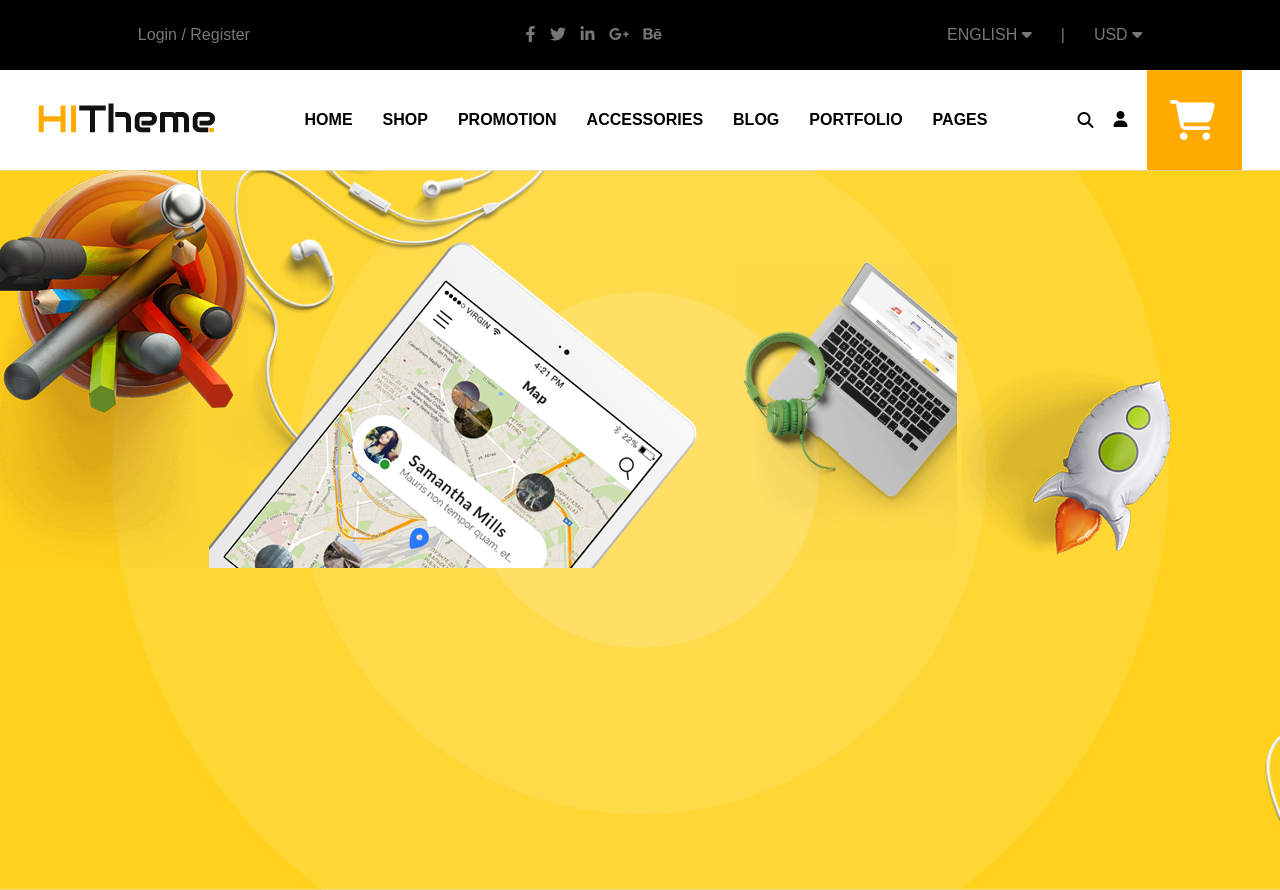
Repository: Thach1311/DU-AN-WEB-BAN-HANG-
Page: index1.html
The author's editor kept a copy of each file at every save. The page is drawn from the files as they stood at one save, then again after the next save.
The browser window is 1280 px wide. The pictures show the whole page.

Above is the page before, as saved 2023-02-23 17:36:41.

After the next save:
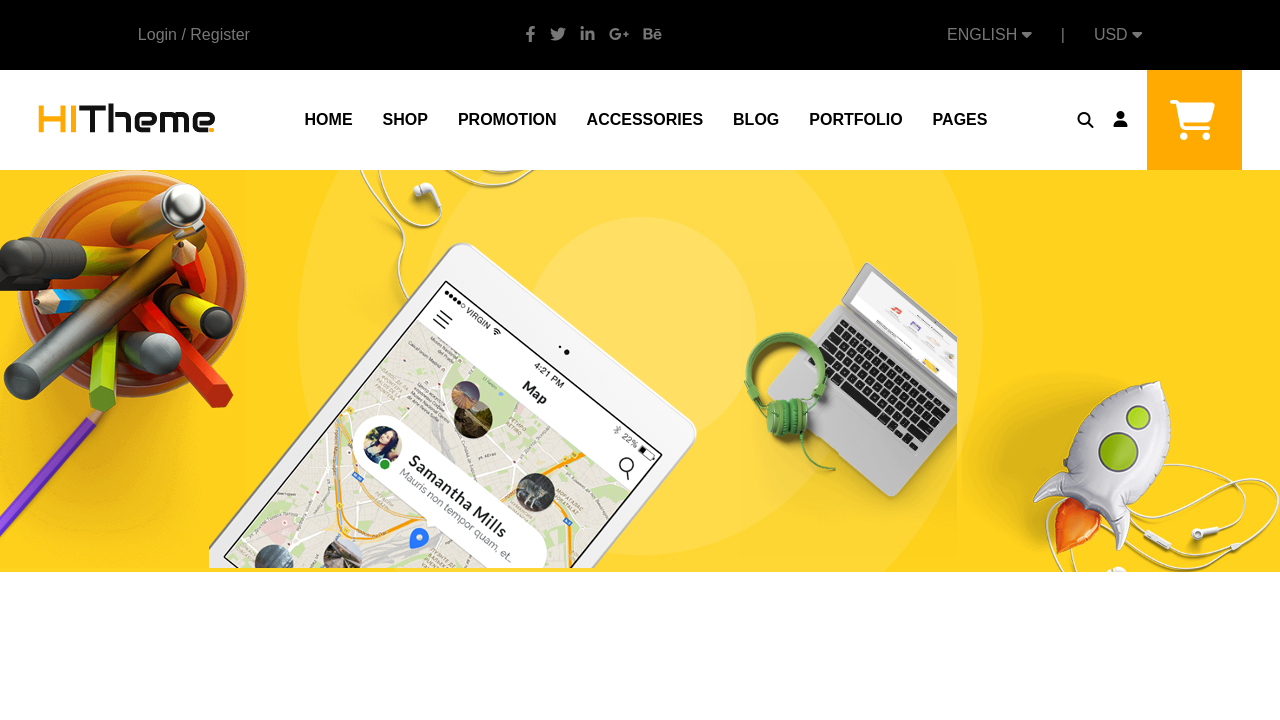
Saved 6 s later.
--- a/CSS/style1.css
+++ b/CSS/style1.css
@@ -611,7 +611,7 @@
     height: 100%;
     opacity: 1;
     visibility: inherit;
-    position: absolute;
+    position: ;
    /* position: relative; */
 }
 .slide__bgMain-item1{
